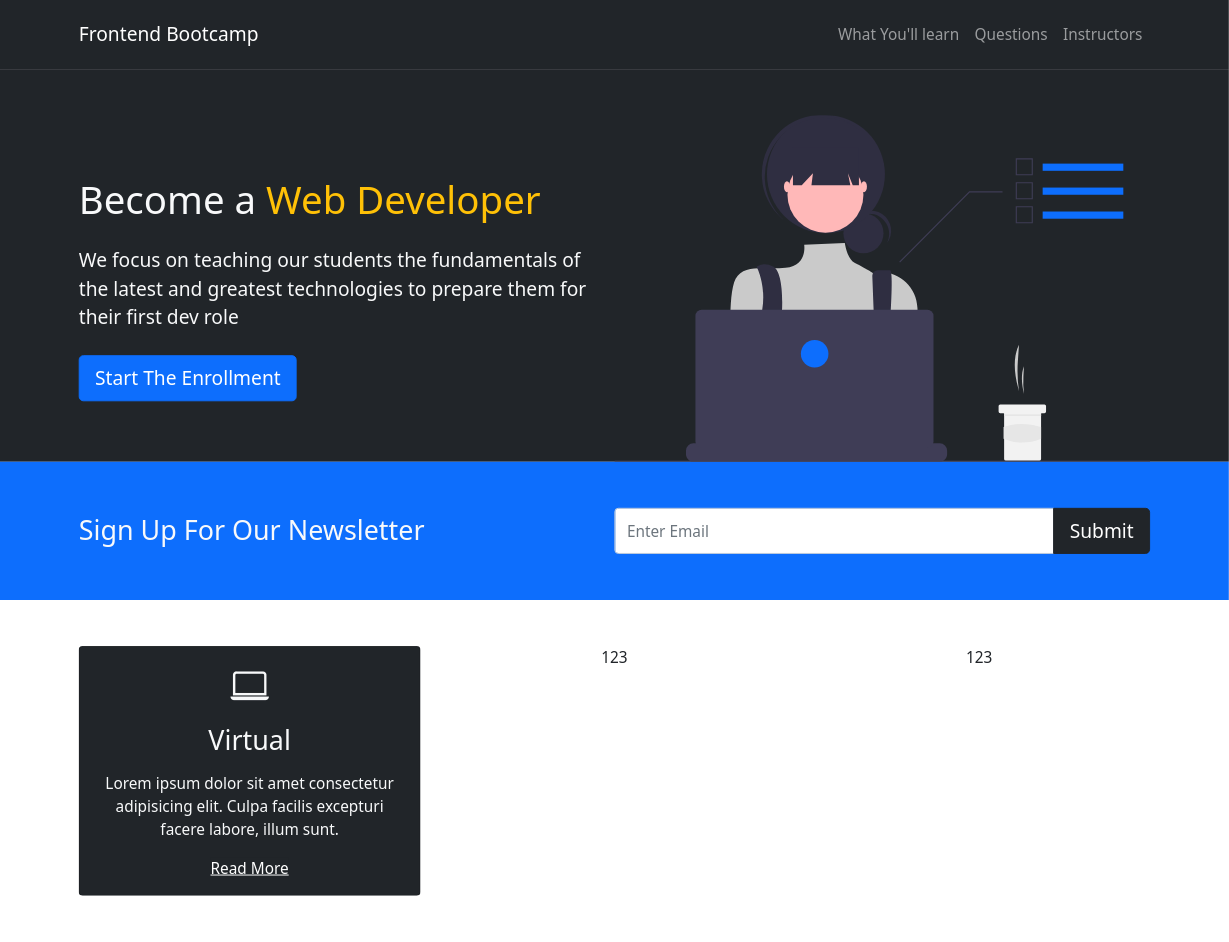
Repository: Marhamat92/Bootstrap5-Responsive-Website-
Page: index.html
The author's editor kept a copy of each file at every save. The page is drawn from the files as they stood at one save, then again after the next save.
The browser window is 1280 px wide. The pictures show the whole page, at 96% of full size.
Some web libraries are served in a nearby version.

Above is the page before, as saved 2021-09-18 17:23:13.

After the next save:
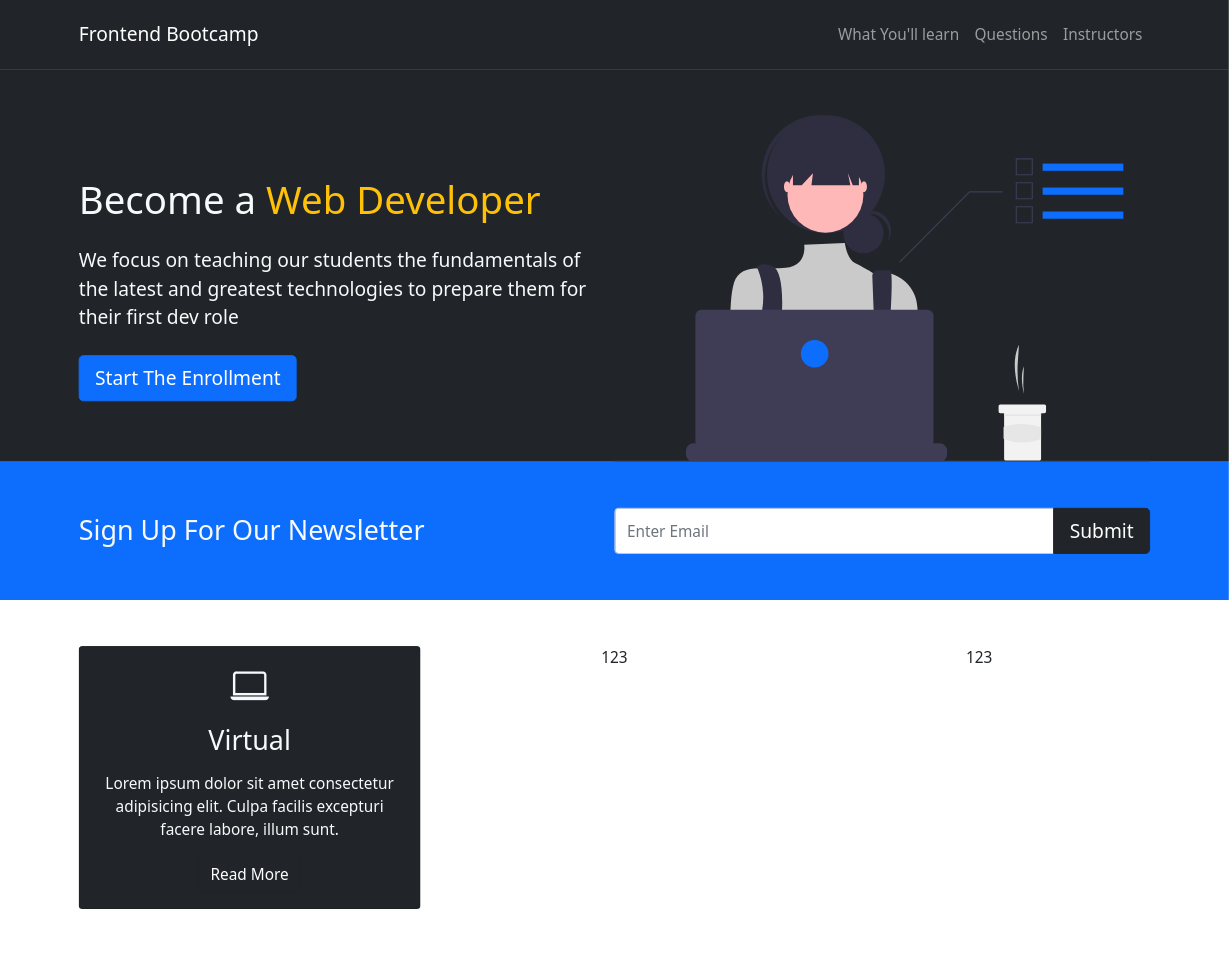
Saved 14 s later.
--- a/index.html
+++ b/index.html
@@ -82,7 +82,7 @@
                             <p class="card-text">
                                 Lorem ipsum dolor sit amet consectetur adipisicing elit. Culpa facilis excepturi facere labore, illum sunt.
                             </p>
-                            <a href="#" class="btn-dark">Read More</a>
+                            <a href="#" class="btn btn-dark">Read More</a>
                         </div>
                     </div>
                 </div>
